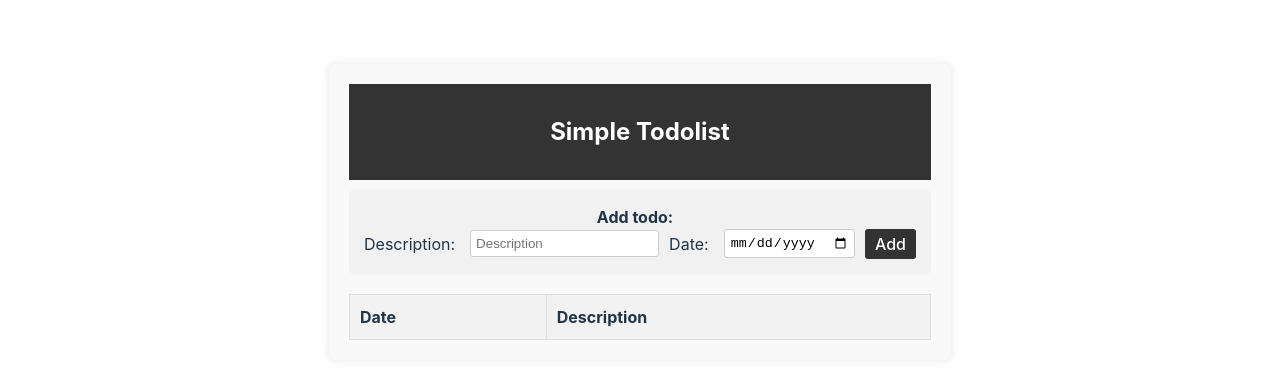
Repository: Aminul-Islam85/Todolist-with-delete
Page: /
The author's editor kept a copy of each file at every save. The page is drawn from the files as they stood at one save, then again after the next save.
The browser window is 1280 px wide. The pictures show the whole page.
The project was rebuilt for these pictures with package versions that can differ from the ones it lists, and the page was loaded fresh each time. Also part of the build but not shown: vite.config.js.

Above is the page before, as saved 2024-09-23 20:10:44.

### src/App.jsx
import './App.css';
import TodoList from './components/TodoList';

const App = () => {
    return (
        <div id="root">
            <TodoList />
        </div>
    );
};

export default App;

### src/index.css
:root {
  font-family: Inter, system-ui, Avenir, Helvetica, Arial, sans-serif;
  line-height: 1.5;
  font-weight: 400;

  color-scheme: light dark;
  color: rgba(255, 255, 255, 0.87);
  background-color: #242424;

  font-synthesis: none;
  text-rendering: optimizeLegibility;
  -webkit-font-smoothing: antialiased;
  -moz-osx-font-smoothing: grayscale;
}

a {
  font-weight: 500;
  color: #646cff;
  text-decoration: inherit;
}
a:hover {
  color: #535bf2;
}

body {
  margin: 0;
  display: flex;
  place-items: flex-start;
  min-width: 320px;
  min-height: 100vh;
}

h1 {
  font-size: 3.2em;
  line-height: 1.1;
}

button {
  border-radius: 8px;
  border: 1px solid transparent;
  padding: 0.6em 1.2em;
  font-size: 1em;
  font-weight: 500;
  font-family: inherit;
  background-color: #1a1a1a;
  cursor: pointer;
  transition: border-color 0.25s;
}
button:hover {
  border-color: #646cff;
}
button:focus,
button:focus-visible {
  outline: 4px auto -webkit-focus-ring-color;
}

@media (prefers-color-scheme: light) {
  :root {
    color: #213547;
    background-color: #ffffff;
  }
  a:hover {
    color: #747bff;
  }
  button {
    background-color: #f9f9f9;
  }
}

### src/App.css
#root {
  max-width: 1280px;
  margin: 0 auto;
  padding: 2rem;
  text-align: center;
}

.todo-container {
  background-color: #f9f9f9;
  padding: 20px;
  border-radius: 5px;
  box-shadow: 0px 0px 10px rgba(0, 0, 0, 0.1);
}

.header {
  background-color: #333;
  color: white;
  padding: 10px;
  margin-bottom: 10px;
}

.form-container {
  margin-bottom: 20px;
  background-color: #f1f1f1;
  padding: 15px;
  border-radius: 5px;
}

form {
  display: flex;
  align-items: center;
  justify-content: flex-start; /* Aligns items to the left */
  gap: 10px;
}

.add-todo-label {
  margin-right: 10px;
  font-weight: bold;
}

form label {
  margin-right: 5px;
}

form input {
  padding: 5px;
  border: 1px solid #ccc;
  border-radius: 3px;
}

form button {
  padding: 5px 10px;
  background-color: #333;
  color: white;
  border: none;
  cursor: pointer;
  border-radius: 3px;
}

form button:hover {
  background-color: #555;
}

.todo-table {
  width: 100%;
  border-collapse: collapse;
  margin-top: 20px;
}

.todo-table, th, td {
  border: 1px solid #ddd;
}

th, td {
  padding: 10px;
  text-align: left;
}

th {
  background-color: #f2f2f2;
}

### src/components/TodoList.jsx
import { useState } from 'react';
import TodoTable from './TodoTable';

const TodoList = () => {
    const [todo, setTodo] = useState({ description: "", duedate: "" });
    const [todos, setTodos] = useState([]);

    const handleAdd = () => {
        if (!todo.description || !todo.duedate) {
            alert("Type something in both fields");
            return;
        }

        setTodos([todo, ...todos]);
        setTodo({ description: "", duedate: "" });
    };

    const handleDelete = (row) => {
        setTodos(todos.filter((_, index) => row !== index));
    };

    return (
        <div className="todo-container">
            <div className="header">
                <h2>Simple Todolist</h2>
            </div>
            <div className="form-container">
                <span className="add-todo-label">Add todo:</span>
                <form onSubmit={(e) => { e.preventDefault(); handleAdd(); }}>
                    <label htmlFor="description">Description:</label>
                    <input
                        type="text"
                        id="description"
                        placeholder='Description'
                        value={todo.description}
                        onChange={event => setTodo({ ...todo, description: event.target.value })}
                    />
                    <label htmlFor="duedate">Date:</label>
                    <input
                        type="date"
                        id="duedate"
                        placeholder='Date'
                        value={todo.duedate}
                        onChange={event => setTodo({ ...todo, duedate: event.target.value })}
                    />
                    <button type="submit">Add</button>
                </form>
            </div>
            <TodoTable todos={todos} handleDelete={handleDelete} />
        </div>
    );
};

export default TodoList;

### src/components/TodoTable.jsx
const TodoTable = (props) => {
    return (
        <table className="todo-table">
            <thead>
                <tr>
                    <th>Date</th>
                    <th>Description</th>
                </tr>
            </thead>
            <tbody>
                {
                    props.todos.map((todo, index) =>
                        <tr key={index}>
                            <td>{todo.duedate}</td>
                            <td>{todo.description}</td>
                        </tr>
                    )
                }
            </tbody>
        </table>
    );
};

export default TodoTable;

Loaded but not shown: index.html (common file); src/main.jsx (common file)

After the next save:
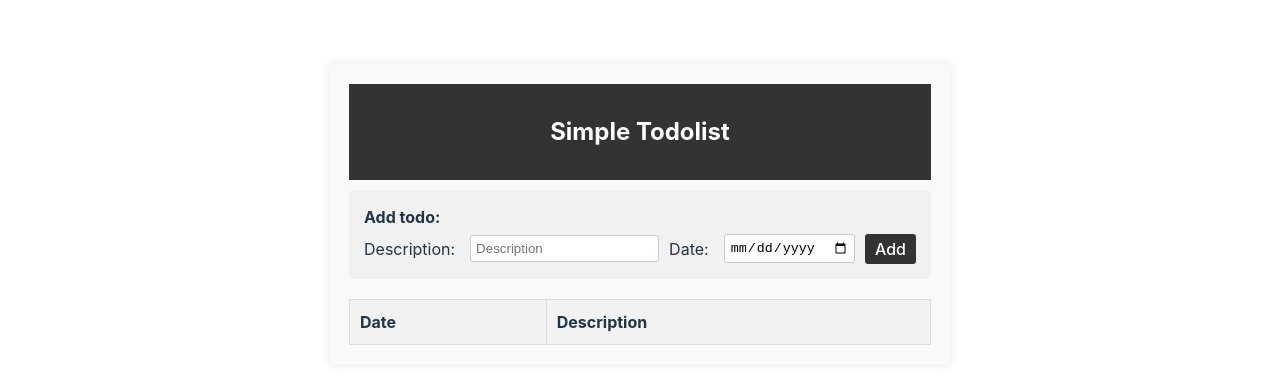
Saved 20 s later.
--- a/src/App.css
+++ b/src/App.css
@@ -24,6 +24,13 @@
   background-color: #f1f1f1;
   padding: 15px;
   border-radius: 5px;
+  text-align: left; /* Aligns the form elements to the left */
+}
+
+.add-todo-label {
+  display: block; /* Makes sure "Add todo:" is on a separate line */
+  font-weight: bold;
+  margin-bottom: 5px; /* Space between the label and the form */
 }
 
 form {
@@ -31,11 +38,6 @@ form {
   align-items: center;
   justify-content: flex-start; /* Aligns items to the left */
   gap: 10px;
-}
-
-.add-todo-label {
-  margin-right: 10px;
-  font-weight: bold;
 }
 
 form label {
